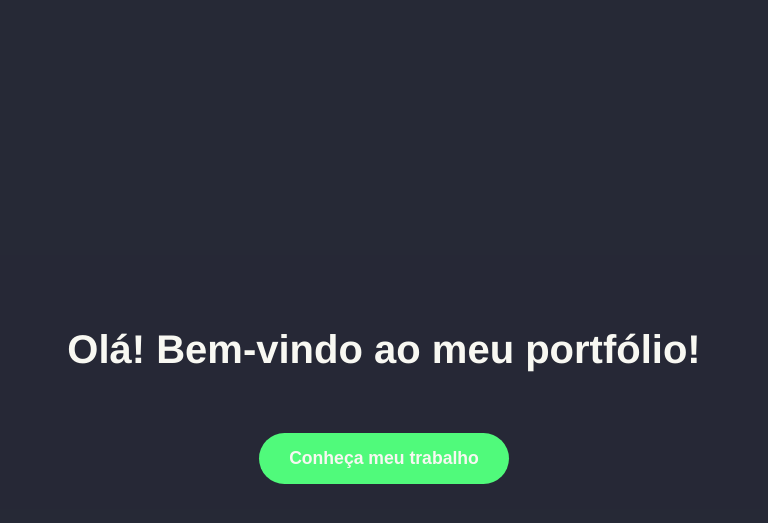
Repository: dan2135/Meu-portif-lio
Page: index.html
These files come from the project's save history. The page is drawn as it stood at one moment and after the next save; the edit follows.
The browser window is 768 px wide. The pictures show the window.
A layer covers the whole window, so only the first screen is drawn.

Above is the page before, as saved 2025-09-26 14:52:04.

After the next save:
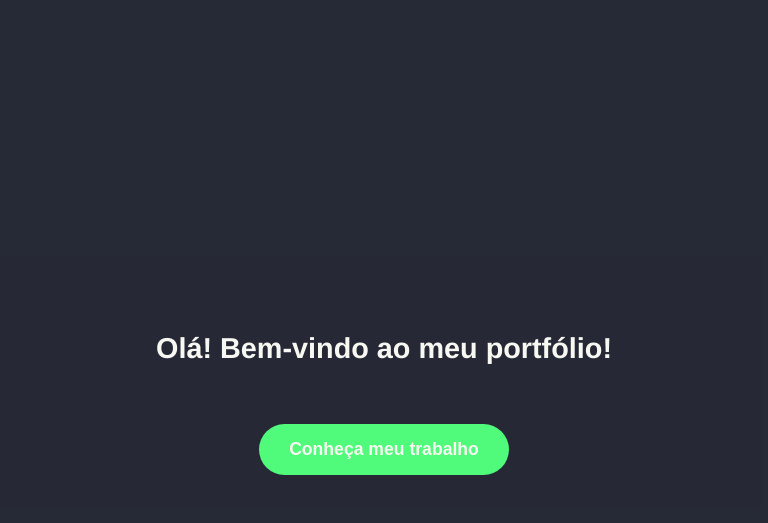
Saved 23 s later.
--- a/style.css
+++ b/style.css
@@ -464,7 +464,7 @@ footer {
 }
 
 /* Responsividade */
-@media (max-width: 768px) (min-width: 430px) {
+@media (max-width: 768px) and (min-width: 430px) {
 
     header {
         flex-direction: column;
